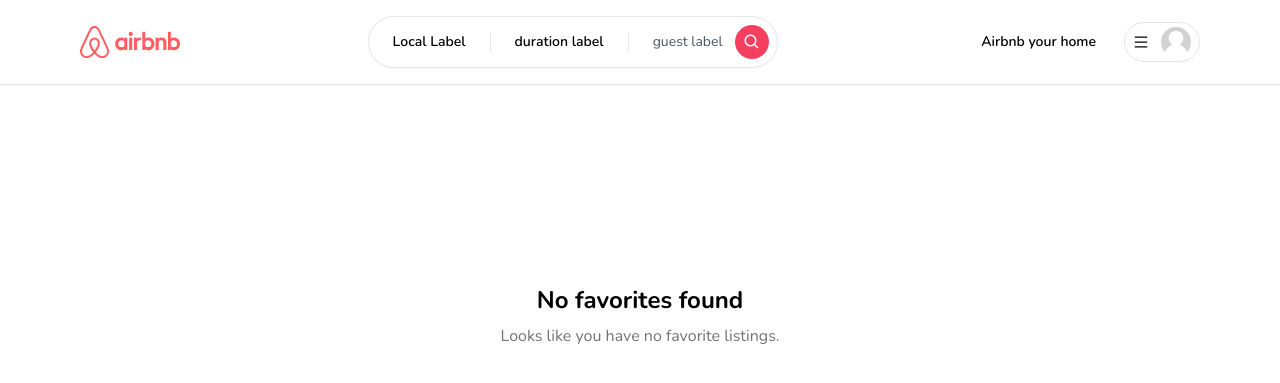
Repository: kushagrasaxena061/AirBnb-Fullstack
Page: /favorites
These files come from the project's save history. The page is drawn as it stood at one moment and after the next save; the edit follows.
The browser window is 1280 px wide. The pictures show the whole page.
The page's requests for data from a server got no answer. The project was rebuilt for these pictures with package versions that can differ from the ones it lists, and the page was loaded fresh each time. The framework's server and built-in components were replaced by stand-ins that run in the browser. No one was signed in, and anything a server would have sent is missing. Also part of the build but not shown: next.config.js, app/components/navbar/Categories.tsx, app/components/navbar/MenuItem.tsx, app/components/Button.tsx, app/components/modals/Modal.tsx, app/components/inputs/Input.tsx, app/components/inputs/Calendar.tsx, app/components/inputs/Counter.tsx and 7 more.

Above is the page before, as saved 2023-04-20 03:37:53.

### app/layout.tsx
import { Nunito } from 'next/font/google'

import Navbar from '@/app/components/navbar/Navbar';
import LoginModal from '@/app/components/modals/LoginModal';
import RegisterModal from '@/app/components/modals/RegisterModal';
import SearchModal from '@/app/components/modals/SearchModal';
import RentModal from '@/app/components/modals/RentModal';

import ToasterProvider from '@/app/providers/ToasterProvider';

import './globals.css'
import ClientOnly from './components/ClientOnly';
import getCurrentUser from './actions/getCurrentUser';

export const metadata = {
  title: 'Airbnb',
  description: 'Airbnb Clone',
}

const font = Nunito({
  subsets: ['latin'],
});

export default async function RootLayout({
  children,
}: {
  children: React.ReactNode
}) {
  const currentUser = await getCurrentUser();

  return (
    <html lang="en">
      <body className={font.className}>
        <ClientOnly>
          <ToasterProvider />
          <LoginModal />
          <RegisterModal />
          <SearchModal />
          <RentModal />
          <Navbar currentUser={currentUser}/>
        </ClientOnly>
        <div className="pb-20 pt-28">
          {children}
        </div>
      </body>
    </html>
  )
}

### app/favorites/page.tsx

import EmptyState from "@/app/components/EmptyState";
import ClientOnly from "@/app/components/ClientOnly";

import getCurrentUser from "@/app/actions/getCurrentUser";
import getFavoriteListings from "@/app/actions/getFavoriteListings";

import FavoritesClient from "./FavoritesClient";

const ListingPage = async () => {
  const listings = await getFavoriteListings();
  const currentUser = await getCurrentUser();

  if (listings.length === 0) {
    return (
      <ClientOnly>
        <EmptyState
          title="No favorites found"
          subtitle="Looks like you have no favorite listings."
        />
      </ClientOnly>
    );
  }

  return (
    <ClientOnly>
      <FavoritesClient
        listings={listings}
        currentUser={currentUser}
      />
    </ClientOnly>
  );
}

export default ListingPage;

### app/components/navbar/Navbar.tsx
'use client'


import {User } from '@prisma/client'
import Categories from "./Categories";
import Container from "../Container";
import Logo from "./Logo";
import Search from "./Search";
import UserMenu from "./UserMenu";

interface NavbarProps {
  currentUser?: User | null;
}

const Navbar: React.FC<NavbarProps> = ({
  currentUser,
}) => {
  //console.log({currentUser})
  return (
    <div className="fixed w-full bg-white z-10 shadow-sm">
      <div
        className="
          py-4
          border-b-[1px]
        "
      >
      <Container>
        <div
          className="
            flex
            flex-row
            items-center
            justify-between
            gap-3
            md:gap-0
          "
        >
          <Logo />
          <Search />
          <UserMenu currentUser={currentUser}/>
        </div>
      </Container>
    </div>
    <Categories/>
  </div>
  );
}


export default Navbar;

### app/components/modals/LoginModal.tsx
'use client';

import { useCallback, useState } from "react";
import { toast } from "react-hot-toast";
import { signIn } from 'next-auth/react';
import {
  FieldValues,
  SubmitHandler,
  useForm
} from "react-hook-form";
import { FcGoogle } from "react-icons/fc";
import { AiFillGithub } from "react-icons/ai";
import { useRouter } from "next/navigation";

import useRegisterModal from "@/app/hooks/useRegisterModal";
import useLoginModal from "@/app/hooks/useLoginModal";

import Modal from "./Modal";
import Input from "../inputs/Input";
import Heading from "../Heading";
import Button from "../Button";

const LoginModal = () => {
  const router = useRouter();
  const loginModal = useLoginModal();
  const registerModal = useRegisterModal();
  const [isLoading, setIsLoading] = useState(false);

  const {
    register,
    handleSubmit,
    formState: {
      errors,
    },
  } = useForm<FieldValues>({
    defaultValues: {
      email: '',
      password: ''
    },
  });

  const onSubmit: SubmitHandler<FieldValues> =
  (data) => {
    setIsLoading(true);

    signIn('credentials', {
      ...data,
      redirect: false,
    })
    .then((callback) => {
      setIsLoading(false);

      if (callback?.ok) {
        toast.success('Logged in');
        router.refresh();
        loginModal.onClose();
      }

      if (callback?.error) {
        toast.error(callback.error);
      }
    });
  }

  const onToggle = useCallback(() => {
    loginModal.onClose();
    registerModal.onOpen();
  }, [loginModal, registerModal])

  const bodyContent = (
    <div className="flex flex-col gap-4">
      <Heading
        title="Welcome back"
        subtitle="Login to your account!"
      />
      <Input
        id="email"
        label="Email"
        disabled={isLoading}
        register={register}
        errors={errors}
        required
      />
      <Input
        id="password"
        label="Password"
        type="password"
        disabled={isLoading}
        register={register}
        errors={errors}
        required
      />
    </div>
  )

  const footerContent = (
    <div className="flex flex-col gap-4 mt-3">
      <hr />
      <Button
        outline
        label="Continue with Google"
        icon={FcGoogle}
        onClick={() => signIn('google')}
      />
      <Button
        outline
        label="Continue with Github"
        icon={AiFillGithub}
        onClick={() => signIn('github')}
      />
      <div className="
      text-neutral-500 text-center mt-4 font-light">
        <p>First time using Airbnb?
          <span
            onClick={onToggle}
            className="
              text-neutral-800
              cursor-pointer
              hover:underline
            "
            > Create an account</span>
        </p>
      </div>
    </div>
  )

  return (
    <Modal
      disabled={isLoading}
      isOpen={loginModal.isOpen}
      title="Login"
      actionLabel="Continue"
      onClose={loginModal.onClose}
      onSubmit={handleSubmit(onSubmit)}
      body={bodyContent}
      footer={footerContent}
    />
  );
}

export default LoginModal;

### app/components/modals/RegisterModal.tsx
'use client';

import axios from "axios";
import { AiFillGithub } from "react-icons/ai";
import { FcGoogle } from "react-icons/fc";
import { useCallback, useState } from "react";
import { toast } from "react-hot-toast";
import {
    FieldValues,
    SubmitHandler,
    useForm
} from "react-hook-form";
import { signIn } from "next-auth/react";

import useRegisterModal from "@/app/hooks/useRegisterModal";

import Modal from "./Modal";
import Input from "../inputs/Input";
import Heading from "../Heading";
import Button from "../Button";

const RegisterModal= () => {
  const registerModal = useRegisterModal();
  const [isLoading, setIsLoading] = useState(false);

  const {
    register,
    handleSubmit,
    formState: {
      errors,
    },
  } = useForm<FieldValues>({
    defaultValues: {
      name: '',
      email: '',
      password: ''
    },
  });

  const onSubmit: SubmitHandler<FieldValues> = (data) => {
    setIsLoading(true);

    axios.post('/api/register', data)
    .then(() => {
      toast.success('Registered!');
      registerModal.onClose();
    })
    .catch((error) => {
      toast.error(error);
    })
    .finally(() => {
      setIsLoading(false);
    })
  }

  const onToggle = useCallback(() => {
    registerModal.onClose();
  }, [registerModal])

  const bodyContent = (
    <div className="flex flex-col gap-4">
      <Heading
        title="Welcome to Airbnb"
        subtitle="Create an account!"
      />
      <Input
        id="email"
        label="Email"
        disabled={isLoading}
        register={register}
        errors={errors}
        required
      />
      <Input
        id="name"
        label="Name"
        disabled={isLoading}
        register={register}
        errors={errors}
        required
      />
      <Input
        id="password"
        label="Password"
        type="password"
        disabled={isLoading}
        register={register}
        errors={errors}
        required
      />
    </div>
  )

  const footerContent = (
    <div className="flex flex-col gap-4 mt-3">
      <hr />
      <Button
        outline
        label="Continue with Google"
        icon={FcGoogle}
        onClick={() => signIn('google')}
      />
      <Button
        outline
        label="Continue with Github"
        icon={AiFillGithub}
        onClick={() => signIn('github')}
      />
      <div
        className="
          text-neutral-500
          text-center
          mt-4
          font-light
        "
      >
        <p>Already have an account?
          <span
            onClick={onToggle}
            className="
              text-neutral-800
              cursor-pointer
              hover:underline
            "
            > Log in</span>
        </p>
      </div>
    </div>
  )

  return (
    <Modal
      disabled={isLoading}
      isOpen={registerModal.isOpen}
      title="Register"
      actionLabel="Continue"
      onClose={registerModal.onClose}
      onSubmit={handleSubmit(onSubmit)}
      body={bodyContent}
      footer={footerContent}
    />
  );
}

export default RegisterModal;

### app/components/modals/SearchModal.tsx
'use client';

import qs from 'query-string';
import dynamic from 'next/dynamic'
import { useCallback, useMemo, useState } from "react";
import { Range } from 'react-date-range';
import { formatISO } from 'date-fns';
import { useRouter, useSearchParams } from 'next/navigation';

import useSearchModal from "@/app/hooks/useSearchModal";

import Modal from "./Modal";
import Calendar from "../inputs/Calendar";
import Counter from "../inputs/Counter";
import CountrySelect, {
  CountrySelectValue
} from "../inputs/CountrySelect";
import Heading from '../Heading';

enum STEPS {
  LOCATION = 0,
  DATE = 1,
  INFO = 2,
}

const SearchModal = () => {
  const router = useRouter();
  const searchModal = useSearchModal();
  const params = useSearchParams();

  const [step, setStep] = useState(STEPS.LOCATION);

  const [location, setLocation] = useState<CountrySelectValue>();
  const [guestCount, setGuestCount] = useState(1);
  const [roomCount, setRoomCount] = useState(1);
  const [bathroomCount, setBathroomCount] = useState(1);
  const [dateRange, setDateRange] = useState<Range>({
    startDate: new Date(),
    endDate: new Date(),
    key: 'selection'
  });

  const Map = useMemo(() => dynamic(() => import('../Map'), {
    ssr: false
  }), [location]);

  const onBack = useCallback(() => {
    setStep((value) => value - 1);
  }, []);

  const onNext = useCallback(() => {
    setStep((value) => value + 1);
  }, []);

  const onSubmit = useCallback(async () => {
    if (step !== STEPS.INFO) {
      return onNext();
    }

    let currentQuery = {};

    if (params) {
      currentQuery = qs.parse(params.toString())
    }

    const updatedQuery: any = {
      ...currentQuery,
      locationValue: location?.value,
      guestCount,
      roomCount,
      bathroomCount
    };

    if (dateRange.startDate) {
      updatedQuery.startDate = formatISO(dateRange.startDate);
    }

    if (dateRange.endDate) {
      updatedQuery.endDate = formatISO(dateRange.endDate);
    }

    const url = qs.stringifyUrl({
      url: '/',
      query: updatedQuery,
    }, { skipNull: true });

    setStep(STEPS.LOCATION);
    searchModal.onClose();
    router.push(url);
  },
  [
    step,
    searchModal,
    location,
    router,
    guestCount,
    roomCount,
    dateRange,
    onNext,
    bathroomCount,
    params
  ]);

  const actionLabel = useMemo(() => {
    if (step === STEPS.INFO) {
      return 'Search'
    }

    return 'Next'
  }, [step]);

  const secondaryActionLabel = useMemo(() => {
    if (step === STEPS.LOCATION) {
      return undefined
    }

    return 'Back'
  }, [step]);

  let bodyContent = (
    <div className="flex flex-col gap-8">
      <Heading
        title="Where do you wanna go?"
        subtitle="Find the perfect location!"
      />
      <CountrySelect
        value={location}
        onChange={(value) =>
          setLocation(value as CountrySelectValue)}
      />
      <hr />
      <Map center={location?.latlng} />
    </div>
  )

  if (step === STEPS.DATE) {
    bodyContent = (
      <div className="flex flex-col gap-8">
        <Heading
          title="When do you plan to go?"
          subtitle="Make sure everyone is free!"
        />
        <Calendar
          onChange={(value) => setDateRange(value.selection)}
          value={dateRange}
        />
      </div>
    )
  }

  if (step === STEPS.INFO) {
    bodyContent = (
      <div className="flex flex-col gap-8">
        <Heading
          title="More information"
          subtitle="Find your perfect place!"
        />
        <Counter
          onChange={(value) => setGuestCount(value)}
          value={guestCount}
          title="Guests"
          subtitle="How many guests are coming?"
        />
        <hr />
        <Counter
          onChange={(value) => setRoomCount(value)}
          value={roomCount}
          title="Rooms"
          subtitle="How many rooms do you need?"
        />
        <hr />
        <Counter
          onChange={(value) => {
            setBathroomCount(value)
          }}
          value={bathroomCount}
          title="Bathrooms"
          subtitle="How many bahtrooms do you need?"
        />
      </div>
    )
  }

  return (
    <Modal
      isOpen={searchModal.isOpen}
      title="Filters"
      actionLabel={actionLabel}
      onSubmit={onSubmit}
      secondaryActionLabel={secondaryActionLabel}
      secondaryAction={step === STEPS.LOCATION ? undefined : onBack}
      onClose={searchModal.onClose}
      body={bodyContent}
    />
  );
}

export default SearchModal;

### app/components/EmptyState.tsx
'use client';

import { useRouter } from "next/navigation";

import Button from "./Button";
import Heading from "./Heading";

interface EmptyStateProps {
  title?: string;
  subtitle?: string;
  showReset?: boolean;
}

const EmptyState: React.FC<EmptyStateProps> = ({
  title = "No exact matches",
  subtitle = "Try changing or removing some of your filters.",
  showReset
}) => {
  const router = useRouter();

  return (
    <div
      className="
        h-[60vh]
        flex
        flex-col
        gap-2
        justify-center
        items-center
      "
    >
      <Heading
        center
        title={title}
        subtitle={subtitle}
      />
      <div className="w-48 mt-4">
        {showReset && (
          <Button
            outline
            label="Remove all filters"
            onClick={() => router.push('/')}
          />
        )}
      </div>
    </div>
   );
}

export default EmptyState;

### app/components/navbar/Logo.tsx
'use client';

import Image from "next/image";
import { useRouter } from "next/navigation";

const Logo = () => {
  const router = useRouter();

  return (
    <Image
      onClick={() => router.push('/')}
      className="hidden md:block cursor-pointer"
      src="/images/logo.png"
      height="100"
      width="100"
      alt="Logo"
    />
   );
}

export default Logo;

### app/components/navbar/Search.tsx
'use client';

import { useSearchParams } from 'next/navigation';
import { useMemo } from 'react';
import { BiSearch } from 'react-icons/bi';
//import { differenceInDays } from 'date-fns';

//import useSearchModal from '@/app/hooks/useSearchModal';
//import useCountries from '@/app/hooks/useCountries';

const Search = () => {
  /*
  const searchModal = useSearchModal();
  const params = useSearchParams();
  const { getByValue } = useCountries();

  const  locationValue = params?.get('locationValue');
  const  startDate = params?.get('startDate');
  const  endDate = params?.get('endDate');
  const  guestCount = params?.get('guestCount');

  const locationLabel = useMemo(() => {
    if (locationValue) {
      return getByValue(locationValue as string)?.label;
    }

    return 'Anywhere';
  }, [locationValue, getByValue]);

  const durationLabel = useMemo(() => {
    if (startDate && endDate) {
      const start = new Date(startDate as string);
      const end = new Date(endDate as string);
      let diff = differenceInDays(end, start);

      if (diff === 0) {
        diff = 1;
      }

      return `${diff} Days`;
    }

    return 'Any Week'
  }, [startDate, endDate]);

  const guestLabel = useMemo(() => {
    if (guestCount) {
      return `${guestCount} Guests`;
    }

    return 'Add Guests';
  }, [guestCount]);
*/
  return (
    <div
      //onClick={searchModal.onOpen}
      className="
        border-[1px]
        w-full
        md:w-auto
        py-2
        rounded-full
        shadow-sm
        hover:shadow-md
        transition
        cursor-pointer
      "
    >
      <div
        className="
          flex
          flex-row
          items-center
          justify-between
        "
      >
        <div
          className="
            text-sm
            font-semibold
            px-6
          "
        >
          Local Label
        </div>
        <div
          className="
            hidden
            sm:block
            text-sm
            font-semibold
            px-6
            border-x-[1px]
            flex-1
            text-center
          "
        >
          duration label
        </div>
        <div
          className="
            text-sm
            pl-6
            pr-2
            text-gray-600
            flex
            flex-row
            items-center
            gap-3
          "
        >
          <div className="hidden sm:block">guest label</div>
          <div
            className="
              p-2
              bg-rose-500
              rounded-full
              text-white
            "
          >
            <BiSearch size={18} />
          </div>
        </div>
      </div>
    </div>
  );
}

export default Search;

### app/components/navbar/UserMenu.tsx
'use client';

import { useCallback, useState } from "react";
import { AiOutlineMenu } from "react-icons/ai";
import { signOut } from "next-auth/react";
import { useRouter } from "next/navigation";

import useLoginModal from "@/app/hooks/useLoginModal";
import useRegisterModal from "@/app/hooks/useRegisterModal";
import useRentModal from "@/app/hooks/useRentModal";
import { User } from "@prisma/client";

import MenuItem from "./MenuItem";
import Avatar from "../Avatar";

interface UserMenuProps {
  currentUser?: User | null
}

const UserMenu: React.FC<UserMenuProps> = ({
  currentUser
}) => {
  const router = useRouter();

  const loginModal = useLoginModal();
  const registerModal = useRegisterModal();
  const rentModal = useRentModal();

  const [isOpen, setIsOpen] = useState(false);

  const toggleOpen = useCallback(() => {
    setIsOpen((value) => !value);
  }, []);

  const onRent = useCallback(() => {
    if (!currentUser) {
      return loginModal.onOpen();
    }

    rentModal.onOpen();
  }, [loginModal, rentModal, currentUser]);

  return (
    <div className="relative">
      <div className="flex flex-row items-center gap-3">
        <div
          onClick={onRent}
          className="
            hidden
            md:block
            text-sm
            font-semibold
            py-3
            px-4
            rounded-full
            hover:bg-neutral-100
            transition
            cursor-pointer
          "
        >
          Airbnb your home
        </div>
        <div
        onClick={toggleOpen}
        className="
          p-4
          md:py-1
          md:px-2
          border-[1px]
          border-neutral-200
          flex
          flex-row
          items-center
          gap-3
          rounded-full
          cursor-pointer
          hover:shadow-md
          transition
          "
        >
          <AiOutlineMenu />
          <div className="hidden md:block">
            <Avatar src={currentUser?.image} />
          </div>
        </div>
      </div>
      {isOpen && (
        <div
          className="
            absolute
            rounded-xl
            shadow-md
            w-[40vw]
            md:w-3/4
            bg-white
            overflow-hidden
            right-0
            top-12
            text-sm
          "
        >
          <div className="flex flex-col cursor-pointer">
            {currentUser ? (
              <>
                <MenuItem
                  label="My trips"
                  onClick={() => router.push('/trips')}
                />
                <MenuItem
                  label="My favorites"
                  onClick={() => router.push('/favorites')}
                />
                <MenuItem
                  label="My reservations"
                  onClick={() => router.push('/reservations')}
                />
                <MenuItem
                  label="My properties"
                  onClick={() => router.push('/properties')}
                />
                <MenuItem
                  label="Airbnb your home"
                  onClick={rentModal.onOpen}
                />
                <hr />
                <MenuItem
                  label="Logout"
                  onClick={() => signOut()}
                />
              </>
            ) : (
              <>
                <MenuItem
                  label="Login"
                  onClick={loginModal.onOpen}
                />
                <MenuItem
                  label="Sign up"
                  onClick={registerModal.onOpen}
                />
              </>
            )}
          </div>
        </div>
      )}
    </div>
   );
}

export default UserMenu;

Loaded but not shown: app/providers/ToasterProvider.tsx (common file); app/globals.css (common file); app/components/ClientOnly.tsx (common file); app/actions/getCurrentUser.ts (common file); app/actions/getFavoriteListings.ts (common file); app/components/Container.tsx (common file); app/hooks/useRegisterModal.ts (common file); app/hooks/useLoginModal.ts (common file); app/components/Heading.tsx (common file); app/hooks/useSearchModal.ts (common file); app/hooks/useRentModal.ts (common file); pages/api/auth/[...nextauth].ts (common file); app/libs/prismadb.ts (common file); app/components/Avatar.tsx (common file); tailwind.config.js (common file); app/hooks/useCountries.ts (common file); app/components/modals/RentModal.tsx (290 lines, source omitted)

After the next save:
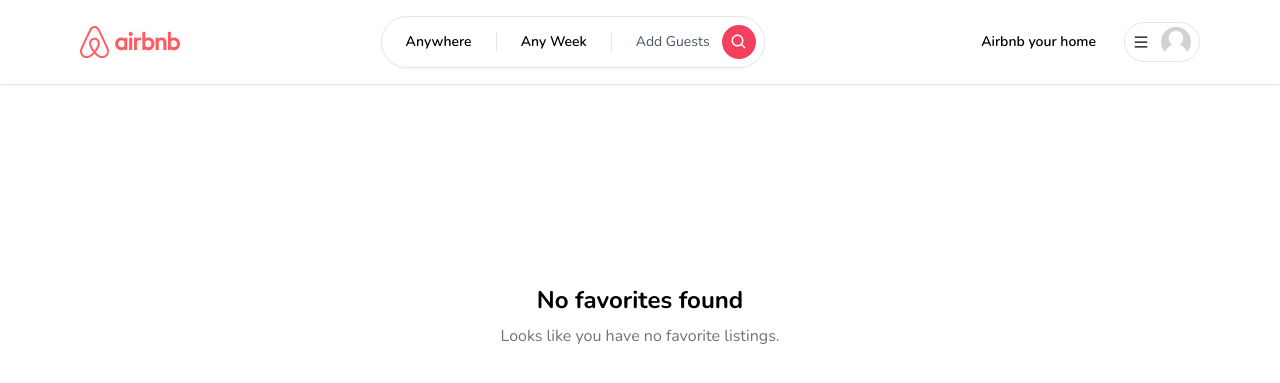
Saved 7 min 20 s later.
--- a/app/components/navbar/Search.tsx
+++ b/app/components/navbar/Search.tsx
@@ -3,13 +3,12 @@
 import { useSearchParams } from 'next/navigation';
 import { useMemo } from 'react';
 import { BiSearch } from 'react-icons/bi';
-//import { differenceInDays } from 'date-fns';
+import { differenceInDays } from 'date-fns';
 
-//import useSearchModal from '@/app/hooks/useSearchModal';
-//import useCountries from '@/app/hooks/useCountries';
+import useSearchModal from '@/app/hooks/useSearchModal';
+import useCountries from '@/app/hooks/useCountries';
 
 const Search = () => {
-  /*
   const searchModal = useSearchModal();
   const params = useSearchParams();
   const { getByValue } = useCountries();
@@ -50,10 +49,10 @@
 
     return 'Add Guests';
   }, [guestCount]);
-*/
+
   return (
     <div
-      //onClick={searchModal.onOpen}
+      onClick={searchModal.onOpen}
       className="
         border-[1px]
         w-full
@@ -81,7 +80,7 @@
             px-6
           "
         >
-          Local Label
+          {locationLabel}
         </div>
         <div
           className="
@@ -95,7 +94,7 @@
             text-center
           "
         >
-          duration label
+          {durationLabel}
         </div>
         <div
           className="
@@ -109,7 +108,7 @@
             gap-3
           "
         >
-          <div className="hidden sm:block">guest label</div>
+          <div className="hidden sm:block">{guestLabel}</div>
           <div
             className="
               p-2
